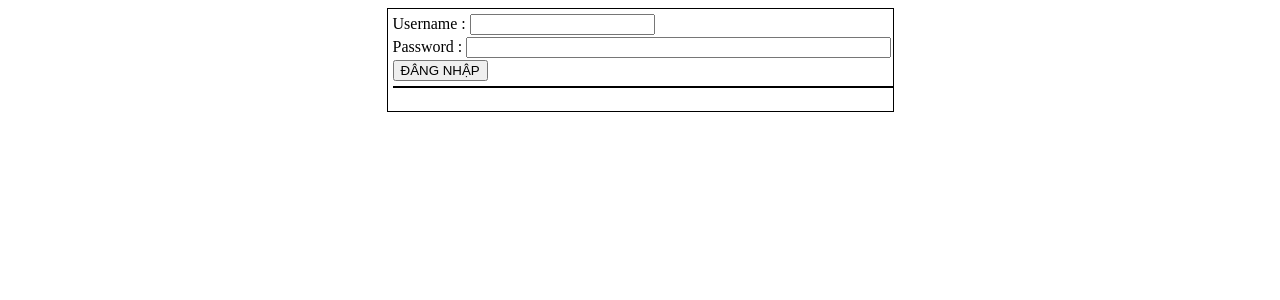
Repository: Tan-Khang21/TH_TKW--Buoi_04
Page: Bai_Tap_Mau/Bai_02/Bai_02.html
An editor plug-in stored every save of this project. The page is shown before and after the next save, followed by the edit.
The browser window is 1280 px wide. The pictures show the whole page.

Above is the page before, as saved 2024-03-05 21:59:23.

### Bai_Tap_Mau/Bai_02/Bai_02.html
<!DOCTYPE html>
<html lang="en">
<head>
    <meta charset="UTF-8">
    <meta name="viewport" content="width=device-width, initial-scale=1.0">
    <title>Document</title>
</head>
<body>
    <form style="width: 500px; margin: 0 auto; border: 1px solid black; padding: 5px; padding-right: 0;">
        <span>Username :</span>
        <input type="text">
        <br>
        <span >Password :</span>
        <input style="margin-top: 2px;" type="password" size="50">
        <br>
        <input style="margin-top: 2px;" type="submit" value="ĐÂNG NHẬP" style="padding: 0 5px; ">
        <div style="border-bottom: 2px solid black; width: 100%; margin-top: 5px;"></div>
        <br>
    </form>
</body>
</html>

After the next save:
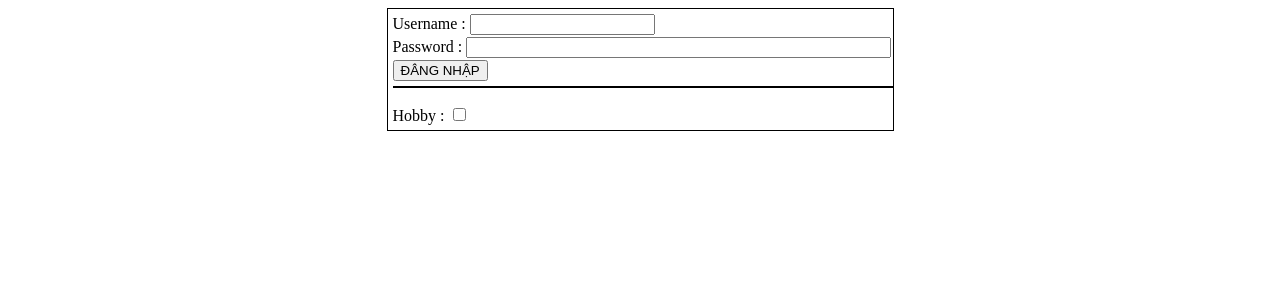
Saved 62 s later.
--- a/Bai_Tap_Mau/Bai_02/Bai_02.html
+++ b/Bai_Tap_Mau/Bai_02/Bai_02.html
@@ -16,6 +16,8 @@
         <input style="margin-top: 2px;" type="submit" value="ĐÂNG NHẬP" style="padding: 0 5px; ">
         <div style="border-bottom: 2px solid black; width: 100%; margin-top: 5px;"></div>
         <br>
+        <span >Hobby :</span>
+        <input style="margin-top: 2px;" type="checkbox" size="50">
     </form>
 </body>
 </html>
